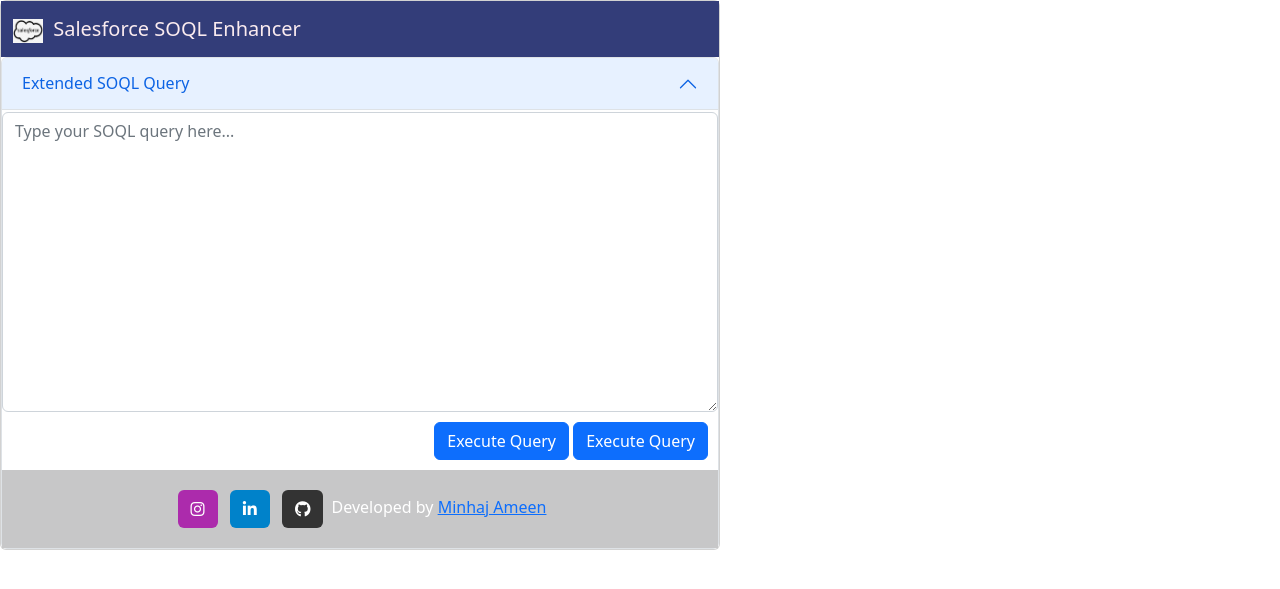
Repository: anweshpargi/salesforceExtension
Page: popup.html
An editor plug-in stored every save of this project. The page is shown before and after the next save, followed by the edit.
The browser window is 1280 px wide. The pictures show the whole page.

Above is the page before, as saved 2023-09-03 01:32:14.
Not found: js/jsforce.js

### popup.html
<!DOCTYPE html>
<html lang="en">

<head>
    <meta charset="UTF-8">
    <meta http-equiv="X-UA-Compatible" content="IE=edge">
    <meta name="viewport" content="width=device-width, initial-scale=1.0">
    <link rel="stylesheet" href="bootstrap/css/bootstrap.min.css">

    <script src="bootstrap/js/bootstrap.min.js" type="text/javascript"></script>
    <script src="js/jsforce.js" type="text/javascript"></script>
    <link rel="stylesheet" href="https://cdnjs.cloudflare.com/ajax/libs/font-awesome/6.4.2/css/all.min.css" />

    <!-- <script src="https://kit.fontawesome.com/2bad70dabe.js" crossorigin="anonymous"></script> -->

    <!-- JavaScript Bundle with Popper -->

    <title> Salesforce Test Class Data Generator</title>
</head>


<body style="width: 720px">
    <div class="card">
        <nav class="navbar" style="background-color: #333D79FF;">
            <div class="container-fluid">
                <a class="navbar-brand" style="color: #FAEBEFFF;" href="#">
                    <img src="/icon.png" alt="Logo" width="30" height="24" style="margin-right: 5px;"
                        class="d-inline-block">
                    Salesforce SOQL Enhancer
                </a>
            </div>
        </nav>

        <div class="accordion" id="accordionExample">
            <div class="accordion-item">
                <h2 class="accordion-header" id="headingOne">
                    <button class="accordion-button" type="button" data-bs-toggle="collapse"
                        data-bs-target="#collapseOne" aria-expanded="true" aria-controls="collapseOne">
                        Extended SOQL Query
                    </button>
                </h2>
                <div id="collapseOne" class="accordion-collapse collapse show" aria-labelledby="headingOne"
                    data-bs-parent="#accordionExample">

                    <div class="">
                        <textarea style="margin-top: 2px; height: 300px;" class="form-control"
                            placeholder="Type your SOQL query here..." id="floatingtextarea"></textarea>
                    </div>
                    <div style="text-align: right; margin: 10px;">
                        <span style="color: green; font-weight: bold; display: none;" id="status" > </span>&nbsp;&nbsp;
                        <span id="loader" style="display: none;">
                            <span class="spinner-border text-primary"  role="status"></span>
                            <span style="color: darkblue;" id=""> &nbsp; Processing wait... </span>
                            <span style="color: darkblue;" id="count">  </span>&nbsp;
                        </span>
                        <span>
                            <button class="btn btn-success"  style="display: none;" id="downloadExcel" type="">Download Excel</button>
                        </span>
                        <button class="btn btn-primary" style=""  id="getbutton" type="">Execute Query</button>

                        <button class="btn btn-primary" style=""  id="getbutton" type="">Execute Query</button>
                    </div>
                </div>

                <div class="bg-light text-center text-white">

                    <div class="text-center p-3" style="background-color: rgba(0, 0, 0, 0.2);">


                      <!-- Instagram -->
                      <a
                        class="btn text-white btn-floating m-1"
                        target="_blank"
                        style="background-color: #ac2bac;"
                        href="https://www.instagram.com/_spartann__/"
                        role="button"
                        ><i class="fab fa-instagram"></i
                      ></a>

                      <!-- Linkedin -->
                      <a
                        class="btn text-white btn-floating m-1"
                        target="_blank"
                        style="background-color: #0082ca;"
                        href="https://www.linkedin.com/in/minhajameen5/"
                        role="button"
                        ><i class="fab fa-linkedin-in"></i
                      ></a>

                      <!-- Github -->
                      <a
                        class="btn text-white btn-floating m-1"
                        target="_blank"
                        style="background-color: #333333;"
                        href="https://github.com/minhaj-ameen"
                        role="button"
                        ><i class="fab fa-github"></i
                      ></a>
                      Developed by
                      <a class="" target="_blank" href="https://www.instagram.com/_spartann__/"> Minhaj Ameen</a>
                    </div>

                </div>

            </div>
        </div>
    </div>

</body>
<script type="text/javascript" src="js/popup.js"></script>
<script type="text/javascript" src="js/xlsx.full.min.js"></script>
<!-- <script src='https://kit.fontawesome.com/a076d05399.js' crossorigin='anonymous'></script> -->


</html>

### js/popup.js
//store connection... con object
var conn = undefined;
var inputQuery = undefined;

console.log('popup js loaded succesfully')
document.querySelector('#getbutton').addEventListener('click', () => {
  console.log('XLSX ' + XLSX);
  console.log('method invoked on button click')
  chrome.tabs.query({ active: true, currentWindow: true }, (tabs) => {
    console.log('inside tabs query')
    var tab = tabs[0]
    console.log(tab.url.split('.')[0]);
    var instanceUrl = undefined
    if(tab?.url != undefined && tab.url.includes('sandbox')){
      console.log('Success if condition includes sandbox');
       instanceUrl = tab.url.split('.')[0] + '.sandbox.my.salesforce.com'
    }else{
      instanceUrl = tab.url.split('.')[0] + '.my.salesforce.com'
    }
    console.log(tab)
    var domainUrl = new URL(tab.url)
    var sessionId = undefined
    if (
      tab.url &&
      (tab.url.includes('.lightning.force.com') ||
        tab.url.includes('.salesforce.com'))
    ) {
      var port = chrome.runtime.connect({ name: 'knockknock' })
      port.postMessage({ host: instanceUrl.replace('https://', '') })
      port.onMessage.addListener(function (msg) {
        console.log('response from backgroundjs' + msg.ssid)
        sessionId = msg.ssid
        if (sessionId) {
          console.log('session id received  ', sessionId)
          conn = new jsforce.Connection({
            serverUrl: instanceUrl,
            instanceUrl: instanceUrl,
            sessionId: sessionId,
            version: '58.0',
          }) //jsforce
          console.log('connection', conn)
          getQueryInput()
        } else {
          alert('Salesforce Session Not found')
        }
      })
    } else {
      alert(
        'Not a Salesforce Domain!, Keep Salesforce Tab Active and Run again',
      )
    }
  })
})

function getQueryInput() {
  try {
    if (conn) {
      inputQuery = document
        .querySelector('#floatingtextarea')
        .value.replace(/\s\s+/g, ' ')
        .trim()
      console.log('Input query by user >> ' + inputQuery)
      processQuery(inputQuery);
    } else {
      alert('Connection not available')
    }
  } catch (error) {
    alert('Something went wrong ' + error.name)
  }
}

var records = [];
var processedQueries = [];
var recordCount = 0;
var countElement = undefined;
var statusElement = undefined;

async function processQuery(query) {
  countElement = document.getElementById('count');
  statusElement = document.getElementById('status');
  statusElement.style.display = "none";
  console.log('@@@ elementcount ' + countElement);
  recordCount = 0;
  records = [];
  processedQueries = [];
  try {
    isDisableExecute(true);
    showDownloadExcel(false);
    showSpinner(true);
    var match = query.match(/\(([^)]+)\)/i)
    if (match && query.length > 4000) {
      console.log('match and lenght pass');
      var valuesString = match[1];
      console.log('valuesString>> ' + valuesString);
      var valuesList = valuesString.split(',');

      var batchSize = 100;

      for (let i = 0; i < valuesList.length; i += batchSize) {
        // Slice a batch of values
        var batch = valuesList.slice(i, i + batchSize);
        // Join batch values with commas to create a new values string
        var batchValuesString = batch.join(',');

        // Replace values within parentheses with the batch values
        var modifiedQuery = query.replace(valuesString, batchValuesString);
        //console.log('modifiedQurery  >>' + modifiedQuery);
        // Store the modified query in the processedQueries array
        processedQueries.push(modifiedQuery);
        console.log('count ' + i);
        showSpinner(true);
        await executeQueryToDatabase(modifiedQuery);
      }
      console.log('final records length ' + records.length);
      console.log('records stingify ' + JSON.stringify(records));
      showSpinner(false);

      isDisableExecute(false);
      //return processedQueries;
      //executeQueryToDatabase(query);
    } else {
      executeQueryToDatabase(query);
      //showSpinner(false);
      //showDownloadExcel(true);
      //isDisableExecute(false);
    }
  } catch (error) {
    showSpinner(false);
    isDisableExecute(false);
    showDownloadExcel(false);
    alert(error.name)
    console.log(error)
  }
}

async function executeQueryToDatabase(inputQuery) {
  console.log('modified Query ' + inputQuery);
  var query = await conn
    .query(inputQuery)
    .on('record', function (record) {
      // console.log('@@ records push' + record.length)
      ++recordCount;
      console.log('@@@ ' + recordCount);
      //console.log('@@@@@ query.totalSize ' + query.totalSize);
      console.log('@@@@@@@ countElement '+ countElement.innerHTML);
      countElement.innerHTML = recordCount;
      let { attributes, ...rec } = record;
      records.push(rec);
      // console.log('records output' + records)
    })
    .on('end', function () {
      console.log('@@ total in database : ' + query.totalSize)
      console.log('@@ total fetched : ' + query.totalFetched)
      showSpinner(false);
      statusElement.style.display = "inline";
      statusElement.innerHTML = 'Success Total: ' + query.totalSize;
      showDownloadExcel(true);
      isDisableExecute(false);

    })
    .on('error', function (err) {
      alert('ERROR NAME: ' + err.name)
      showDownloadExcel(false);
      showSpinner(false);
      isDisableExecute(false);
      showDownloadExcel(false);
      console.error(err)
    })
    .run({ autoFetch: true, maxFetch: 1000000 })
}


document.querySelector('#downloadExcel').addEventListener('click', function() {
  console.log('clicked button excel');
  const exportButton = document.getElementById('downloadExcel');
  console.log('exportButton  ' + exportButton);
  console.log('XLSX' + XLSX);

  // const data = [
  //   { Name: 'John', Age: 30 },
  //   { Name: 'Jane', Age: 25 }
  // ];


  const ws = XLSX.utils.json_to_sheet(records);
  const wb = XLSX.utils.book_new();
  XLSX.utils.book_append_sheet(wb, ws, 'Sheet1');

  // Convert the workbook to an ArrayBuffer
  const wbArrayBuffer = XLSX.write(wb, { bookType: 'xlsx', type: 'array' });

  // Create a Blob from the ArrayBuffer
  const blob = new Blob([wbArrayBuffer], {
    type: 'application/vnd.openxmlformats-officedocument.spreadsheetml.sheet'
  });

    const url = URL.createObjectURL(blob);

    const a = document.createElement('a');
    a.href = url;
    const currentDatetime = new Date().toISOString().replace(/[-:.]/g, '');

    const encodedFileName = encodeURIComponent(`exported_data_${currentDatetime}.xlsx`);

    a.download = encodedFileName;
    a.click();

    // Clean up
    setTimeout(function() {
      URL.revokeObjectURL(url);
    }, 0);
    alert(`${encodedFileName} downloaded succefully`);
});

function showSpinner(isShow){
  if(isShow){
    console.log('isshowspinner true');
    document.getElementById('loader').style.display = "inline";
  }else{
    document.getElementById('loader').style.display = "none";
  }
}

function showDownloadExcel(isShow){
  if(isShow){
    document.getElementById('downloadExcel').style.display = "inline";
  }else{
    document.getElementById('downloadExcel').style.display = "none";
  }
}

function isDisableExecute(isDisable){
    document.getElementById('getbutton').disabled = isDisable;
}

Loaded but not shown: bootstrap/css/bootstrap.min.css (library); bootstrap/js/bootstrap.min.js (library); js/xlsx.full.min.js (library)

After the next save:
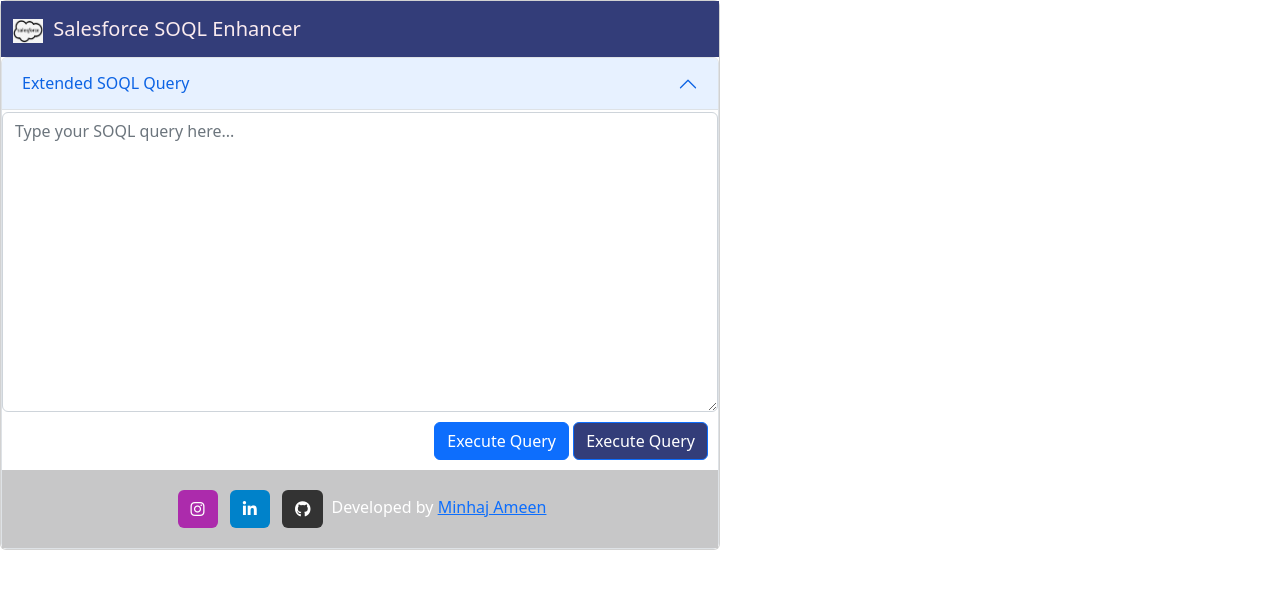
Saved 13 s later.
--- a/popup.html
+++ b/popup.html
@@ -58,7 +58,7 @@
                         </span>
                         <button class="btn btn-primary" style=""  id="getbutton" type="">Execute Query</button>
 
-                        <button class="btn btn-primary" style=""  id="getbutton" type="">Execute Query</button>
+                        <button class="btn btn-primary" style="background-color: #333D79FF;"  id="getbutton" type="">Execute Query</button>
                     </div>
                 </div>
 
